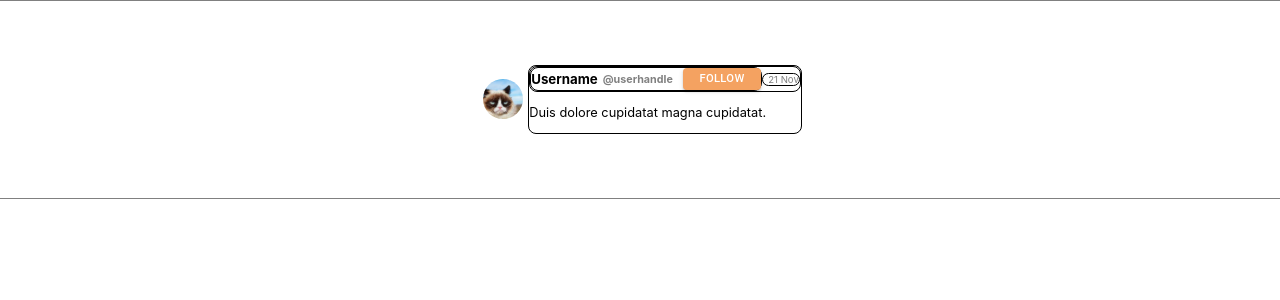
Repository: SeanHLam/comp_orange_client
Page: /comps/tweet (app in orangeapp/)
These files come from the project's save history. The page is drawn as it stood at one moment and after the next save; the edit follows.
The browser window is 1280 px wide. The pictures show the whole page.
The project was rebuilt for these pictures with package versions that can differ from the ones it lists, and the page was loaded fresh each time. The framework's server and built-in components were replaced by stand-ins that run in the browser. Also part of the build but not shown: orangeapp/next.config.js.

Above is the page before, as saved 2022-11-21 16:24:21.

### orangeapp/pages/comps/tweet.js
import React from 'react'
import { FlexBox } from '../../styles/globals'
import { Avatar, Button, Grid } from '@mui/material'
import { useState, useEffect } from "react"

export default function TweetComp() {

    const [follow, setFollow] = useState('Follow');
    function handleFollow() {
        setFollow('Unfollow')
    }


  return (
    <FlexBox
        style={{
            width: '100%',
            borderRadius: 0,
            border: 'solid grey .5px',
            borderRightWidth: 0,
            borderLeftWidth:0
        }}
    >
{/* Avatar Area */}
      <Grid item xs={2}>
        <Avatar
            style={{
                marginRight: 0
            }}
            src='/static/grumpycat.jpeg'></Avatar>
      </Grid>
{/* username, handle, date and tweet area */}
      <Grid item xs={10}>
        <FlexBox dir='column'
            style={{
                width: '100%',
                padding: 0,
                marginLeft: 5
            }}>
            <FlexBox
                style={{
                    width: '100%',
                    padding: 0,
                    justifyContent: 'flex-start'
                }}>
{/* Div for username, handle and date */}
                <FlexBox
                 style={{
                    width: '100%',
                    padding: 0,
                    justifyContent: 'flex-start'
                }}
                >
                {/* Username */}
                <h5
                    style={{
                        padding:0,
                        margin: 0
                    }}
                >Username</h5>
                {/* Userhandle */}
                <h6
                 style={{
                    padding:0,
                    margin: 0,
                    marginLeft: 5,
                    color: 'grey'
                }}>@userhandle</h6>
                <Button
                    variant="contained"
                    onClick={handleFollow}
                    style={{
                        backgroundColor: '#f4a261',
                        width: "7em",
                        height: "2em",
                        marginLeft: 10,
                        fontSize: ".7em"
                    }}
                >{follow}</Button>
                </FlexBox>
                <FlexBox
                     style={{
                        width: '100%',
                        padding: 0,
                        justifyContent: 'flex-end'
                    }}
                >
                     {/* Date */}
                    <p
                    style={{
                        padding:0,
                        margin: 0,
                        fontSize: '.6em',
                        color: 'grey',
                    }}>21 Nov</p>
                </FlexBox>
            </FlexBox>
            <p
                style={{
                    fontSize: '.8em',
                    alignSelf: 'flex-start',
                }}
            >Duis dolore cupidatat magna cupidatat.</p>
        </FlexBox>
      </Grid>
    </FlexBox>
  )
}

### orangeapp/styles/globals.js
import styled from 'styled-components';

// Reusuable Flexbox div
export const FlexBox = styled.div`
justify-content:center;
align-items:center;
border-radius: .5em;
display:flex;
flex-direction:${props=>props.dir || "row"};
background-color:${props=>props.color || "white"};
color: black;
opacity: 1;
padding: 5%;
border: 1px solid black;
`

// Reusuable Wrapper for all the pages
export const Wrapper = styled.div`
width:80%;
height:100%;
display:flex;
justify-content:center;
align-items:flex-start;
padding: 5%;
background-color: #F8C8A0;
`
// Reusuable Background for all the pages
export const BackGround = styled.div`
width:100vw;
height:100vh;
display:flex;
justify-content:center;
align-items:center;
background-color:#f4a261;
`

Loaded but not shown: orangeapp/pages/_app.js (common file); orangeapp/styles/globals.css (common file)

After the next save:
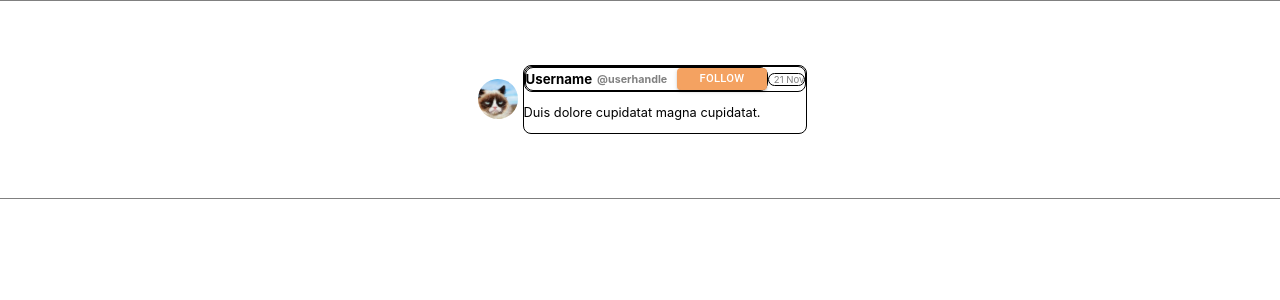
Saved 7 s later.
--- a/orangeapp/pages/comps/tweet.js
+++ b/orangeapp/pages/comps/tweet.js
@@ -71,7 +71,7 @@ export default function TweetComp() {
                     onClick={handleFollow}
                     style={{
                         backgroundColor: '#f4a261',
-                        width: "7em",
+                        width: "8em",
                         height: "2em",
                         marginLeft: 10,
                         fontSize: ".7em"
